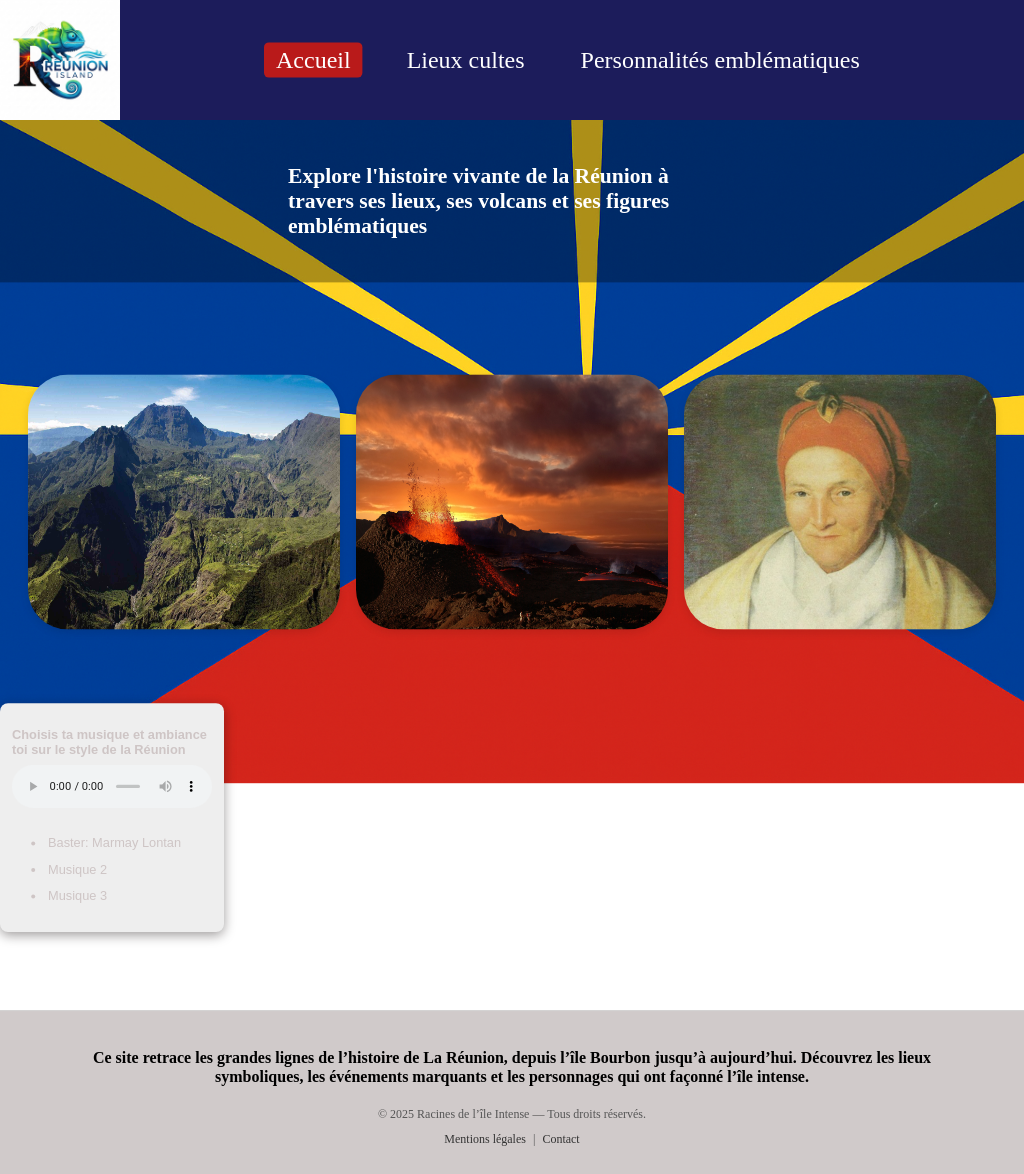
Repository: racinesintense974/Racines-de-lile-intense
Page: index.html
The author's editor kept a copy of each file at every save. The page is drawn from the files as they stood at one save, then again after the next save.
The browser window is 1280 px wide. The pictures show the whole page, at 80% of full size.
The pointer rests on the first visible `li`.

Above is the page before, as saved 2026-02-12 14:48:05.

After the next save:
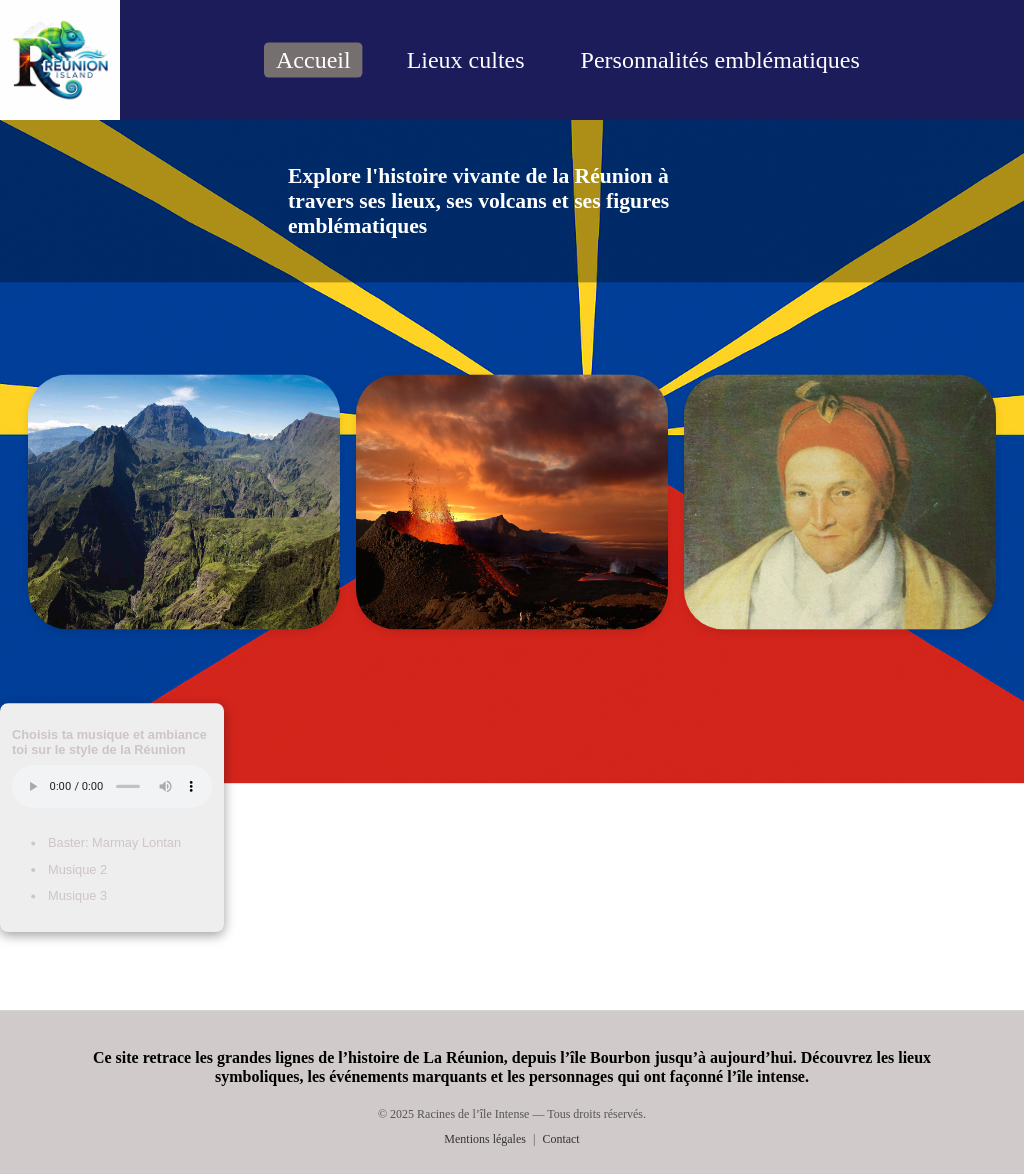
Saved 8 s later.
--- a/css/style.css
+++ b/css/style.css
@@ -202,5 +202,5 @@ li{
 }
 
 li:hover{
-  background:#b91a1a;
-}
+  background:#756f6f;
+}
